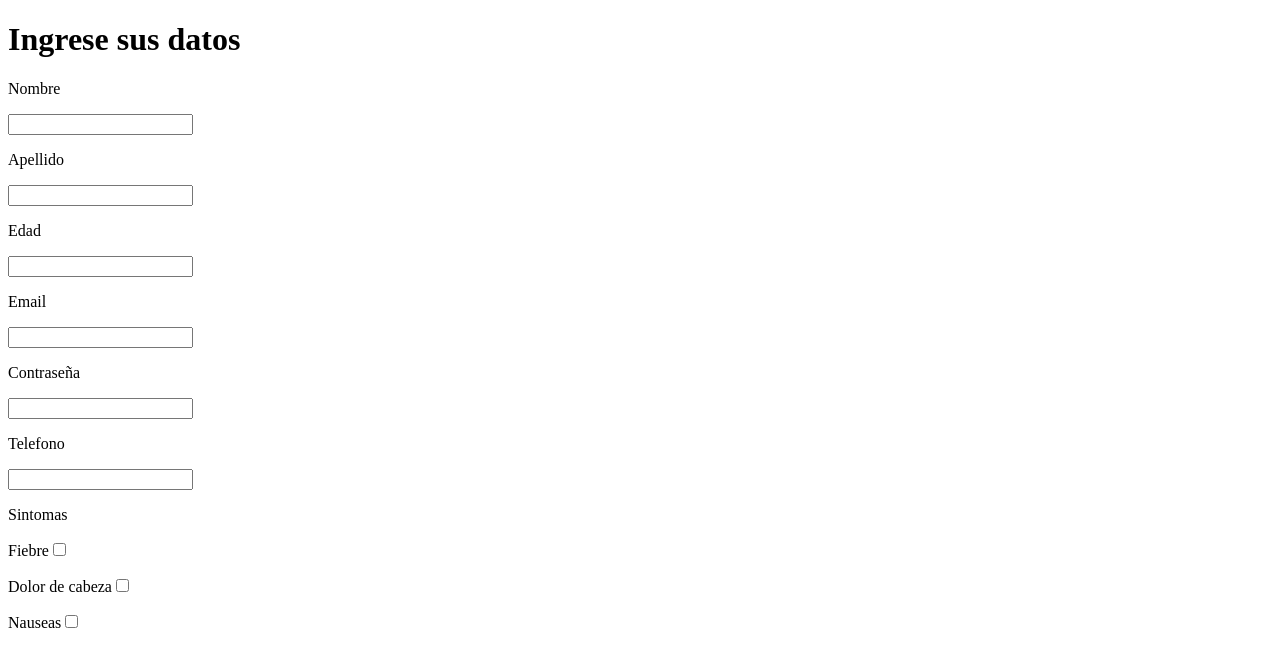
Repository: fran2708/LPPA
Page: Project 2 - Covid registration/index.html
The author's editor kept a copy of each file at every save. The page is drawn from the files as they stood at one save, then again after the next save.
The browser window is 1280 px wide. The pictures show the whole page.

Above is the page before, as saved 2022-04-19 20:53:39.

### Project 2 - Covid registration/index.html
<!DOCTYPE html>
<html lang="en">
<head>
    <meta charset="UTF-8">
    <meta http-equiv="X-UA-Compatible" content="IE=edge">
    <meta name="viewport" content="width=device-width, initial-scale=1.0">
    <title>Formulario Covid</title>
</head>
<body>
    <h1>Ingrese sus datos</h1>
    <form>
        <p>Nombre</p>
        <input type="text" name="nombre">
        <p>Apellido</p>
        <input type="text" name="apellido">
        <p>Edad</p>
        <input type="text" name="edad">
        <p>Email</p>
        <input type="text" name="email">
        <p>Contraseña</p>
        <input type="text" name="password">
        <p>Telefono</p>
        <input type="text" name="telefono">
        <p>Sintomas</p>
        <p>Fiebre<input type="checkbox" name="fiebre"></p>
        <p>Dolor de cabeza<input type="checkbox" name="dolorCabeza"></p>
        <p>Nauseas<input type="checkbox" name="nauseas"></p>
    </form>
</body>
</html>

After the next save:
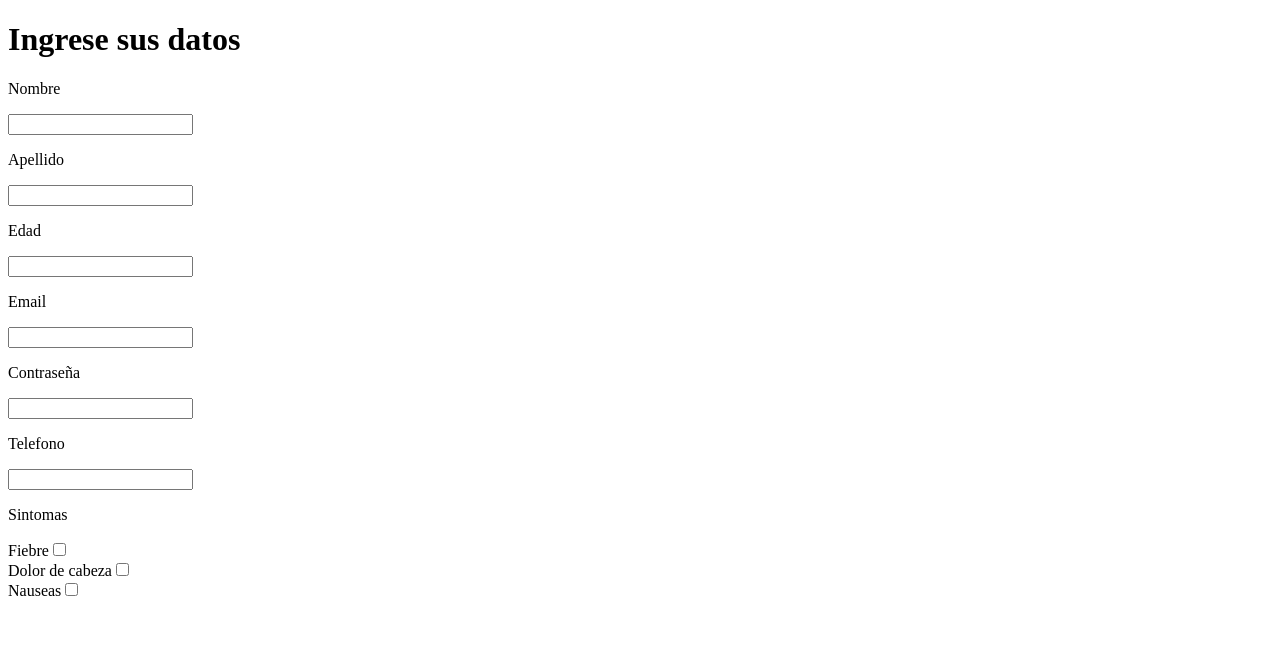
Saved 37 s later.
--- a/Project 2 - Covid registration/index.html
+++ b/Project 2 - Covid registration/index.html
@@ -22,9 +22,9 @@
         <p>Telefono</p>
         <input type="text" name="telefono">
         <p>Sintomas</p>
-        <p>Fiebre<input type="checkbox" name="fiebre"></p>
-        <p>Dolor de cabeza<input type="checkbox" name="dolorCabeza"></p>
-        <p>Nauseas<input type="checkbox" name="nauseas"></p>
+        <label>Fiebre<input type="checkbox" name="fiebre"></label><br>
+        <label>Dolor de cabeza<input type="checkbox" name="dolorCabeza"></label><br>
+        <label>Nauseas<input type="checkbox" name="nauseas"></label><br>
     </form>
 </body>
 </html>
